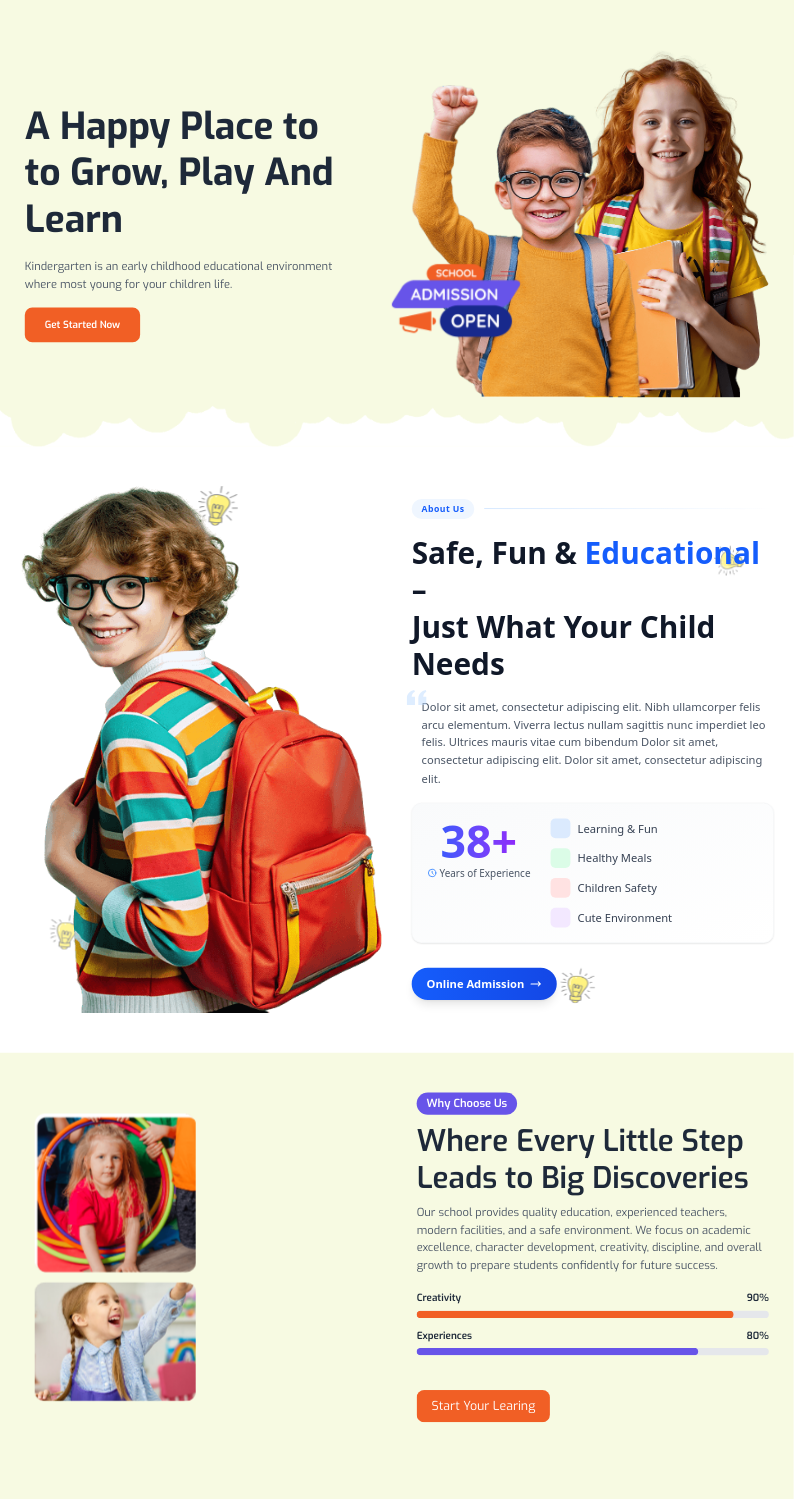
Repository: deepak445566/school
Page: / (app in okwork/)
These files come from the project's save history. The page is drawn as it stood at one moment and after a run of saves; the edit follows.
The browser window is 1280 px wide. The pictures show the whole page, at 62% of full size.
Some web fonts or font styles are not loaded; a fallback is used. The project was rebuilt for these pictures with package versions that can differ from the ones it lists, and the page was loaded fresh each time. Some packages were replaced by stand-ins written for this rebuild. Also part of the build but not shown: okwork/vite.config.js.

Above is the page before, as saved 2026-02-18 19:04:04.

After the next 2 saves:
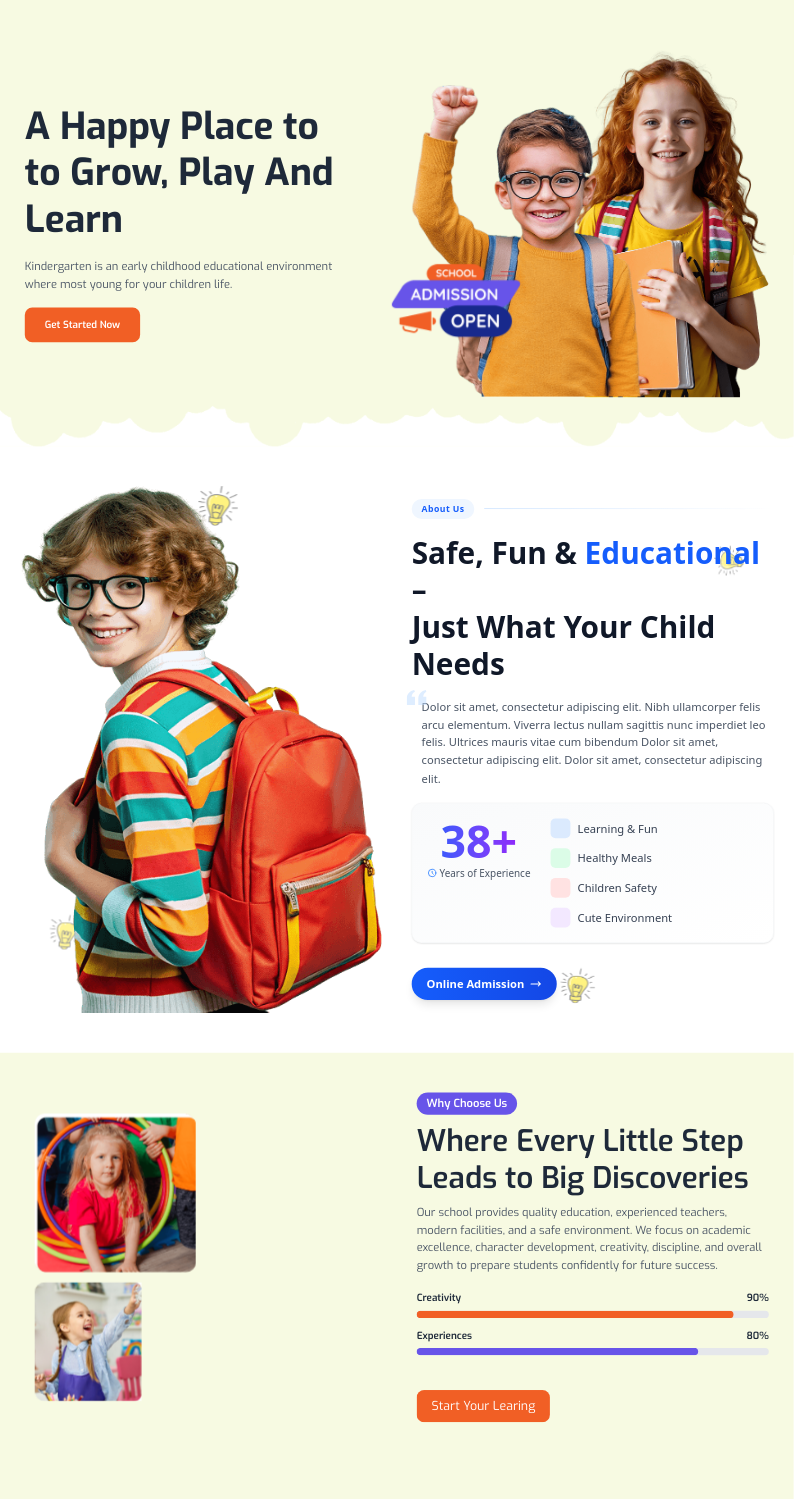
The 2 saves are shown as one change because they came seconds apart.
The last was saved 17 s later.
--- a/okwork/src/components/WhyChooseUs.jsx
+++ b/okwork/src/components/WhyChooseUs.jsx
@@ -27,7 +27,7 @@
                   <img
                     src="/images/choose2.jpg" // Replace with your image path
                     alt="Pinterest style 2"
-                    className="w-full h-48 object-cover"
+                    className=" w-lg:w-full h-48 object-cover"
                   />
                 </div>
               </div>

After the 2 saves that followed:
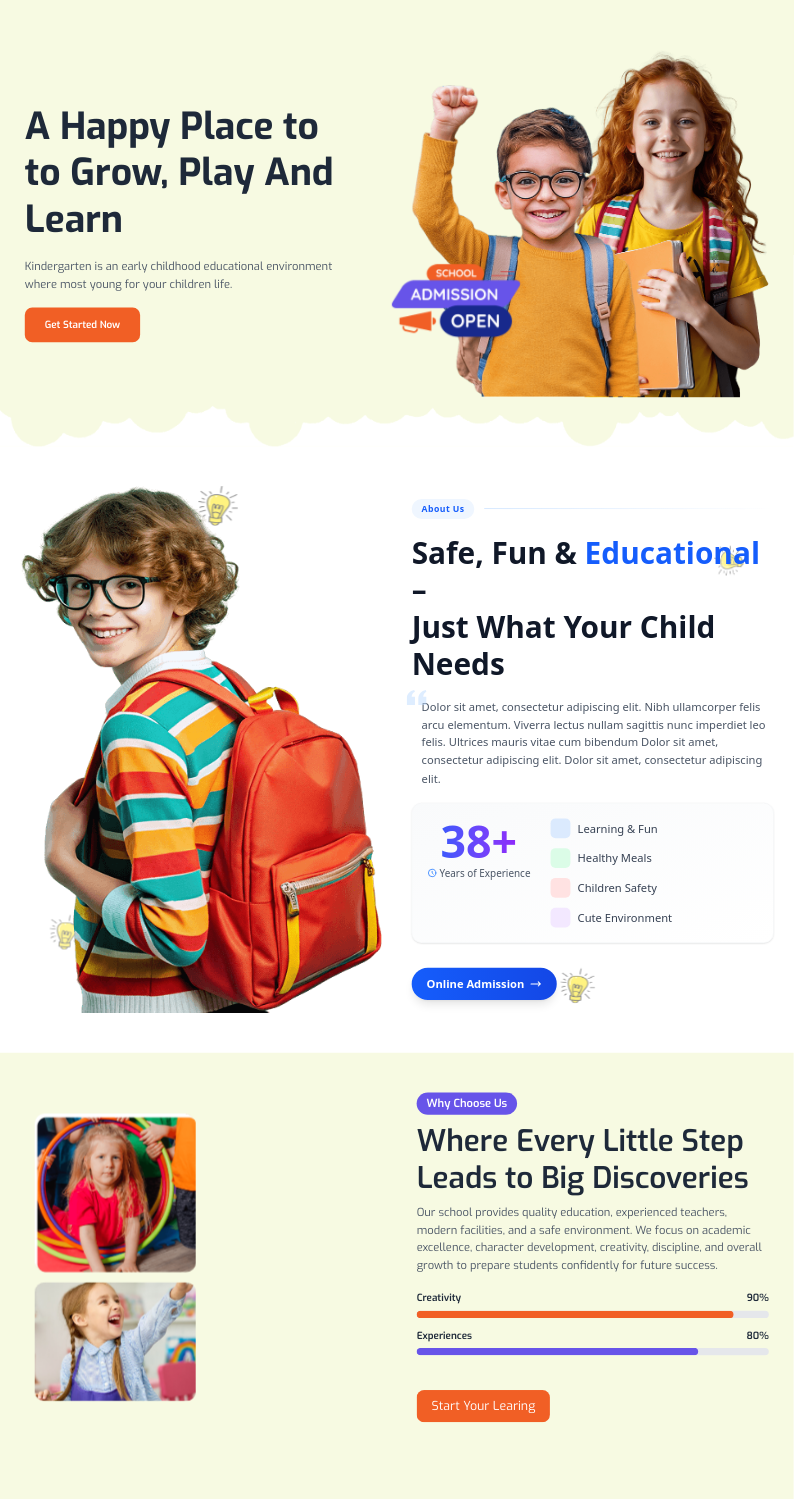
The 2 saves are shown as one change because they came seconds apart.
The last was saved 6 s later.
--- a/okwork/src/components/WhyChooseUs.jsx
+++ b/okwork/src/components/WhyChooseUs.jsx
@@ -27,7 +27,7 @@
                   <img
                     src="/images/choose2.jpg" // Replace with your image path
                     alt="Pinterest style 2"
-                    className=" w-lg:w-full h-48 object-cover"
+                    className=" w-[100%] lg:w-full h-48 object-cover"
                   />
                 </div>
               </div>
